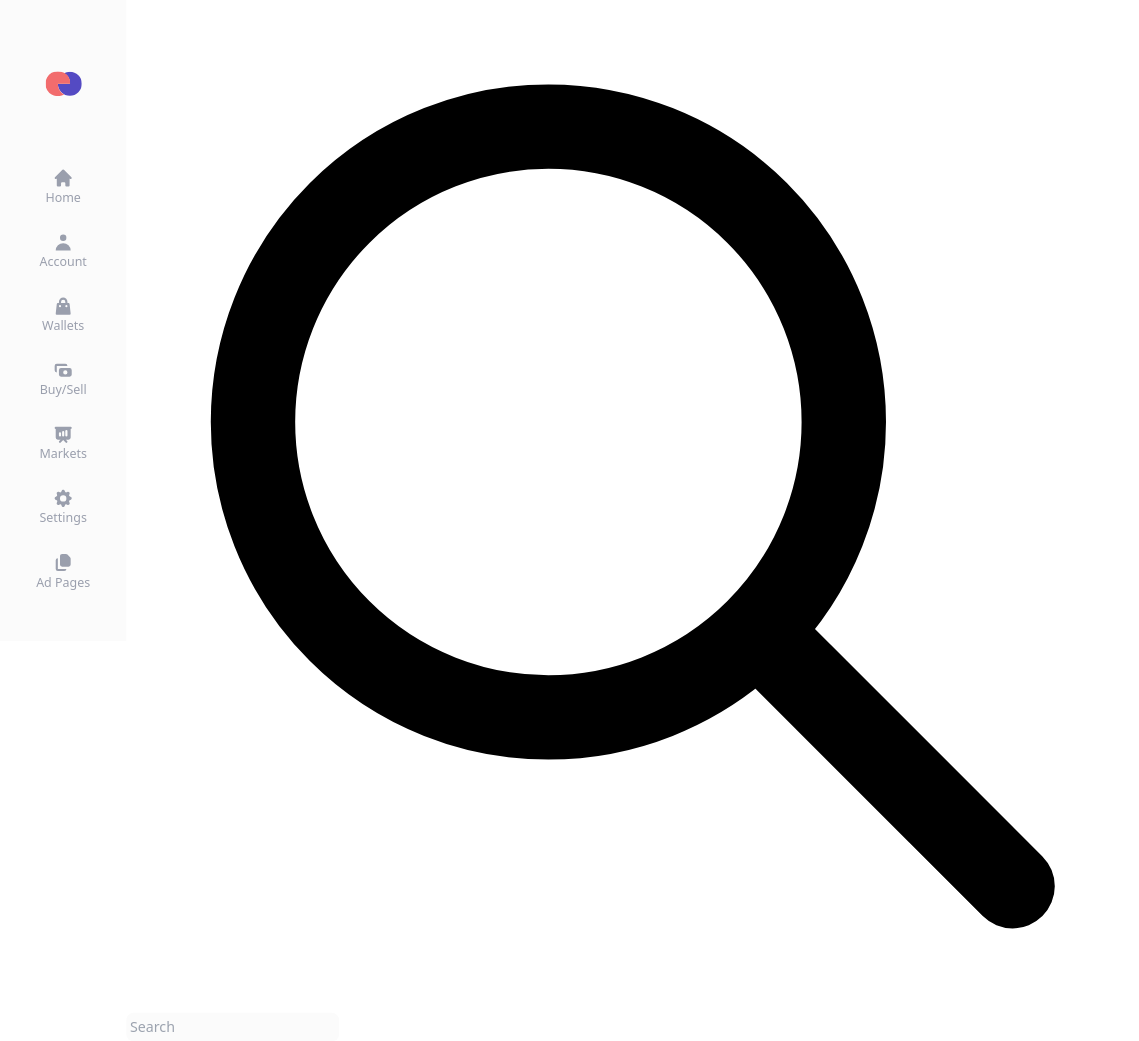
Repository: almaqdad55/crypto-app-nextjs
Page: /
The author's editor kept a copy of each file at every save. The page is drawn from the files as they stood at one save, then again after the next save.
The browser window is 1280 px wide. The pictures show the whole page, at 89% of full size.
The project was rebuilt for these pictures with package versions that can differ from the ones it lists, and the page was loaded fresh each time. The framework's server and built-in components were replaced by stand-ins that run in the browser.

Above is the page before, as saved 2022-01-04 19:59:27.

After the next save:
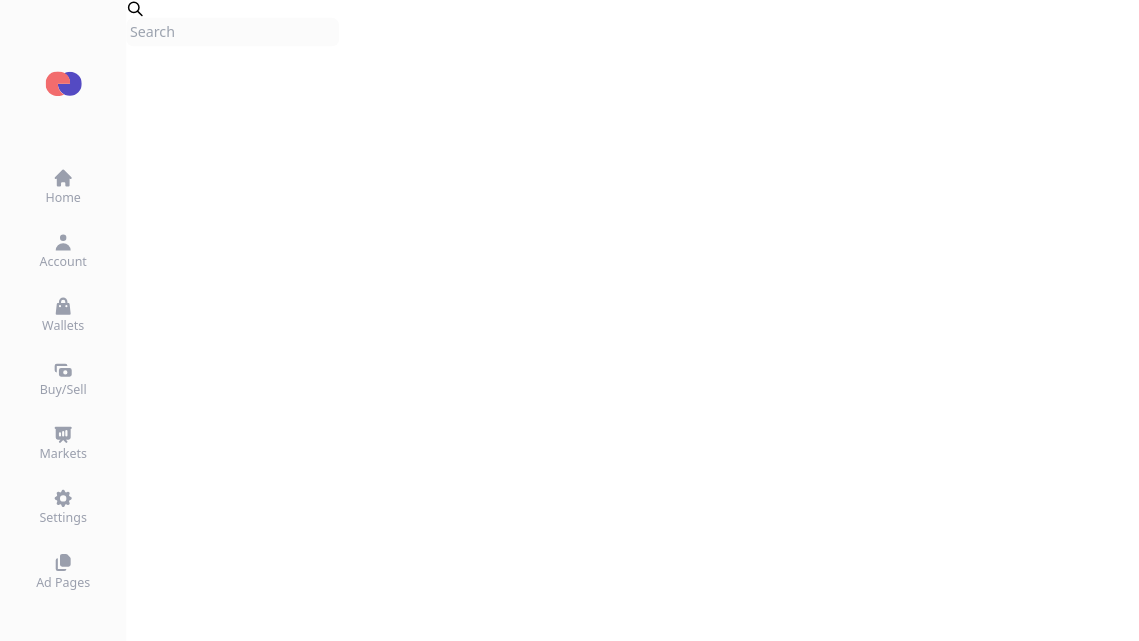
Saved 5 s later.
--- a/components/Feed.jsx
+++ b/components/Feed.jsx
@@ -10,7 +10,7 @@ const Feed = () => {
     <div className=" flex-grow ">
       <div>
         <div className="">
-          <SearchIcon />
+          <SearchIcon className="h-5" />
           <input
             type="text"
             placeholder={`Search`}
